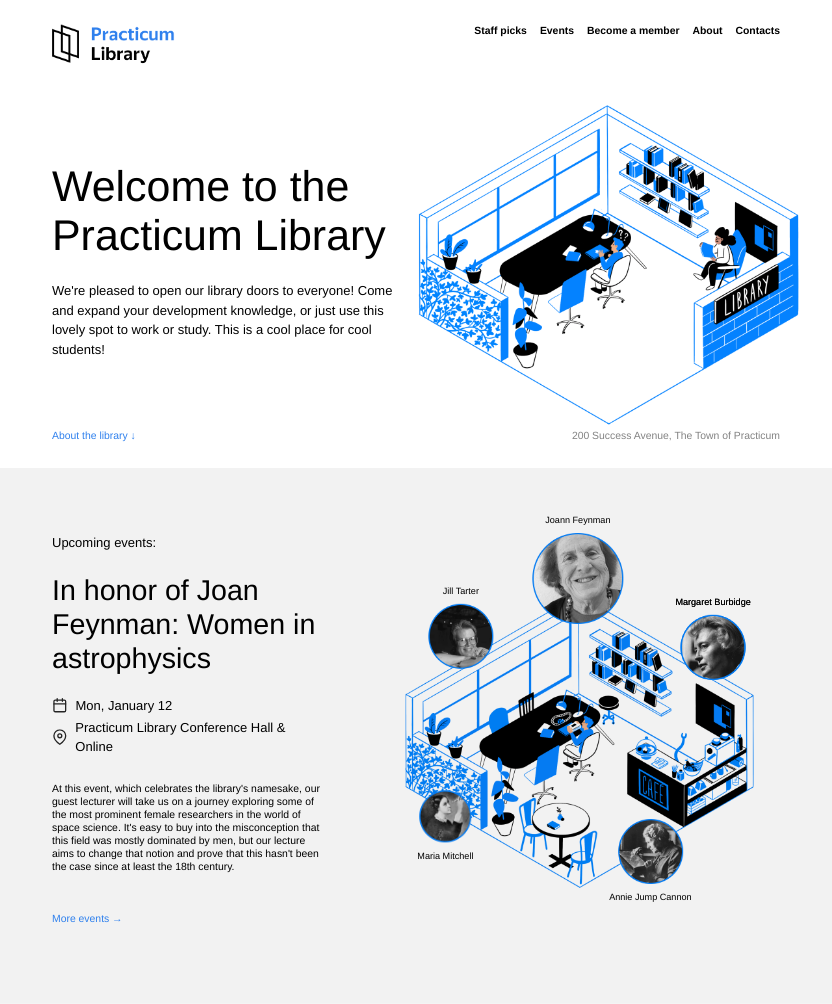
Repository: MWilliams-26/se_project_library
Page: index.html
These files come from the project's save history. The page is drawn as it stood at one moment and after the next save; the edit follows.
The browser window is 1280 px wide. The pictures show the whole page, at 65% of full size.

Above is the page before, as saved 2023-03-29 02:11:27.

After the next save:
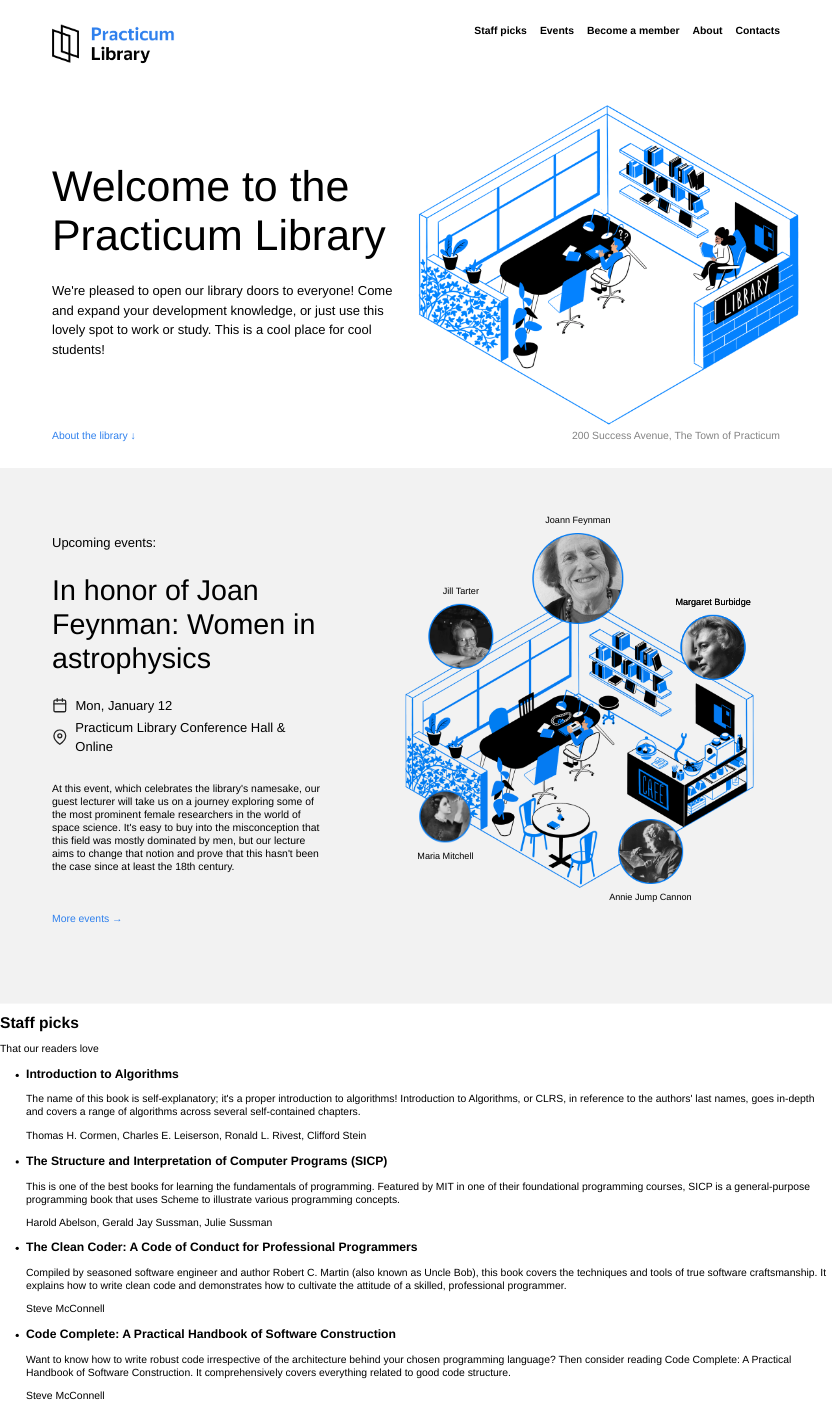
Saved 5 days later.
--- a/index.html
+++ b/index.html
@@ -153,75 +153,77 @@
           <!-- --------------------------------------------------------------- -->
           <!--        Don't uncomment until the final project stage            -->
           <!-- --------------------------------------------------------------- -->
-          <!--<h2 class="staff__title">Staff picks</h2>
-        <p class="staff__subtitle">That our readers love</p>
-        <ul>
-          <li class="card">
-            <div class="card__content">
-              <h3 class="card__title">Introduction to Algorithms</h3>
-              <p class="card__text">
-                The name of this book is self-explanatory; it's a proper
-                introduction to algorithms! Introduction to Algorithms, or CLRS,
-                in reference to the authors' last names, goes in-depth and
-                covers a range of algorithms across several self-contained
-                chapters.
-              </p>
-              <p class="card__footer">
-                Thomas H. Cormen, Charles E. Leiserson, Ronald L. Rivest,
-                Clifford Stein
-              </p>
-            </div>
-          </li>
-
-          <li class="card">
-            <div class="card__content">
-              <h3 class="card__title">
-                The Structure and Interpretation of Computer Programs (SICP)
-              </h3>
-              <p class="card__text">
-                This is one of the best books for learning the fundamentals of
-                programming. Featured by MIT in one of their foundational
-                programming courses, SICP is a general-purpose programming book
-                that uses Scheme to illustrate various programming concepts.
-              </p>
-              <p class="card__footer">
-                Harold Abelson, Gerald Jay Sussman, Julie Sussman
-              </p>
-            </div>
-          </li>
-
-          <li class="card">
-            <div class="card__content">
-              <h3 class="card__title">
-                The Clean Coder: A Code of Conduct for Professional Programmers
-              </h3>
-              <p class="card__text">
-                Compiled by seasoned software engineer and author Robert C.
-                Martin (also known as Uncle Bob), this book covers the
-                techniques and tools of true software craftsmanship. It explains
-                how to write clean code and demonstrates how to cultivate the
-                attitude of a skilled, professional programmer.
-              </p>
-              <p class="card__footer">Steve McConnell</p>
-            </div>
-          </li>
-
-          <li class="card">
-            <div class="card__content">
-              <h3 class="card__title">
-                Code Complete: A Practical Handbook of Software Construction
-              </h3>
-              <p class="card__text">
-                Want to know how to write robust code irrespective of the
-                architecture behind your chosen programming language? Then
-                consider reading Code Complete: A Practical Handbook of Software
-                Construction. It comprehensively covers everything related to
-                good code structure.
-              </p>
-              <p class="card__footer">Steve McConnell</p>
-            </div>
-          </li>
-        </ul>-->
+          <h2 class="staff__title">Staff picks</h2>
+          <p class="staff__subtitle">That our readers love</p>
+          <ul>
+            <li class="card">
+              <div class="card__content">
+                <h3 class="card__title">Introduction to Algorithms</h3>
+                <p class="card__text">
+                  The name of this book is self-explanatory; it's a proper
+                  introduction to algorithms! Introduction to Algorithms, or
+                  CLRS, in reference to the authors' last names, goes in-depth
+                  and covers a range of algorithms across several self-contained
+                  chapters.
+                </p>
+                <p class="card__footer">
+                  Thomas H. Cormen, Charles E. Leiserson, Ronald L. Rivest,
+                  Clifford Stein
+                </p>
+              </div>
+            </li>
+
+            <li class="card">
+              <div class="card__content">
+                <h3 class="card__title">
+                  The Structure and Interpretation of Computer Programs (SICP)
+                </h3>
+                <p class="card__text">
+                  This is one of the best books for learning the fundamentals of
+                  programming. Featured by MIT in one of their foundational
+                  programming courses, SICP is a general-purpose programming
+                  book that uses Scheme to illustrate various programming
+                  concepts.
+                </p>
+                <p class="card__footer">
+                  Harold Abelson, Gerald Jay Sussman, Julie Sussman
+                </p>
+              </div>
+            </li>
+
+            <li class="card">
+              <div class="card__content">
+                <h3 class="card__title">
+                  The Clean Coder: A Code of Conduct for Professional
+                  Programmers
+                </h3>
+                <p class="card__text">
+                  Compiled by seasoned software engineer and author Robert C.
+                  Martin (also known as Uncle Bob), this book covers the
+                  techniques and tools of true software craftsmanship. It
+                  explains how to write clean code and demonstrates how to
+                  cultivate the attitude of a skilled, professional programmer.
+                </p>
+                <p class="card__footer">Steve McConnell</p>
+              </div>
+            </li>
+
+            <li class="card">
+              <div class="card__content">
+                <h3 class="card__title">
+                  Code Complete: A Practical Handbook of Software Construction
+                </h3>
+                <p class="card__text">
+                  Want to know how to write robust code irrespective of the
+                  architecture behind your chosen programming language? Then
+                  consider reading Code Complete: A Practical Handbook of
+                  Software Construction. It comprehensively covers everything
+                  related to good code structure.
+                </p>
+                <p class="card__footer">Steve McConnell</p>
+              </div>
+            </li>
+          </ul>
         </section>
 
         <section class="membership">
